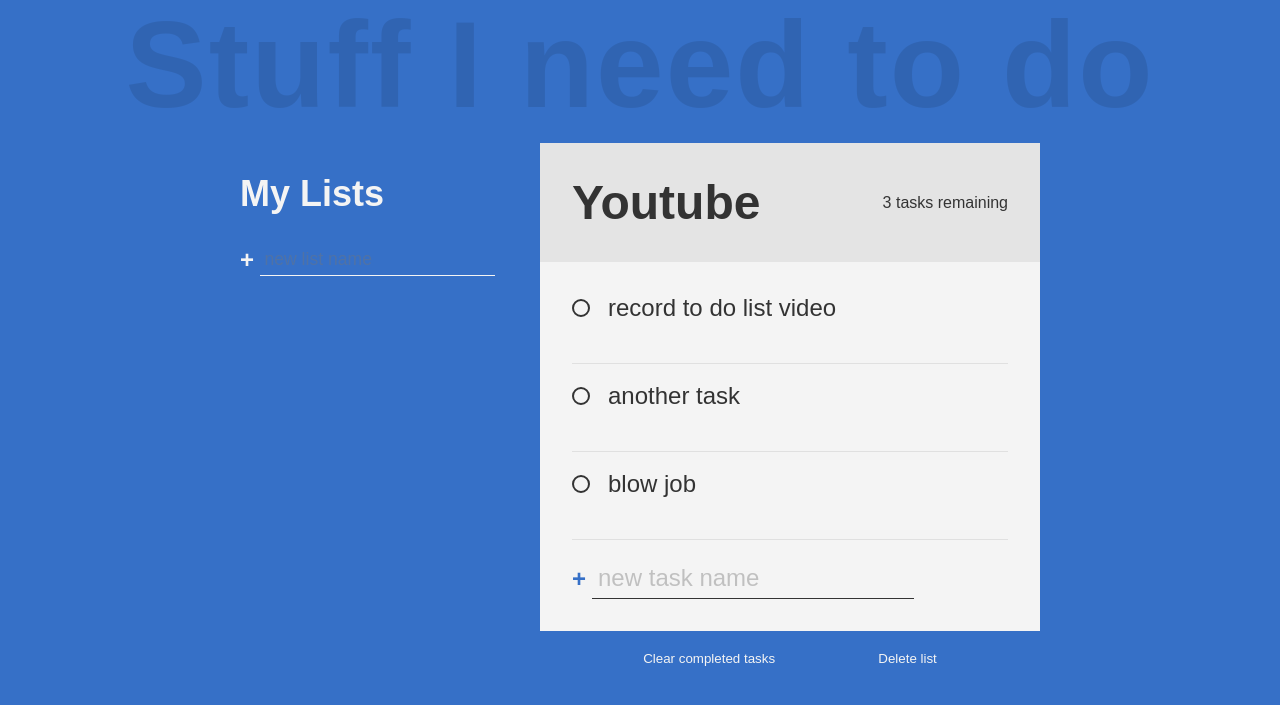
Repository: MohammadMazloum123/To-Do-List-App-
Page: index.html
An editor plug-in stored every save of this project. The page is shown before and after a run of saves, followed by the edit.
The browser window is 1280 px wide. The pictures show the whole page.

Above is the page before, as saved 2024-02-15 18:36:46.
Console error: SyntaxError: Unexpected token '}'

After the next 6 saves:
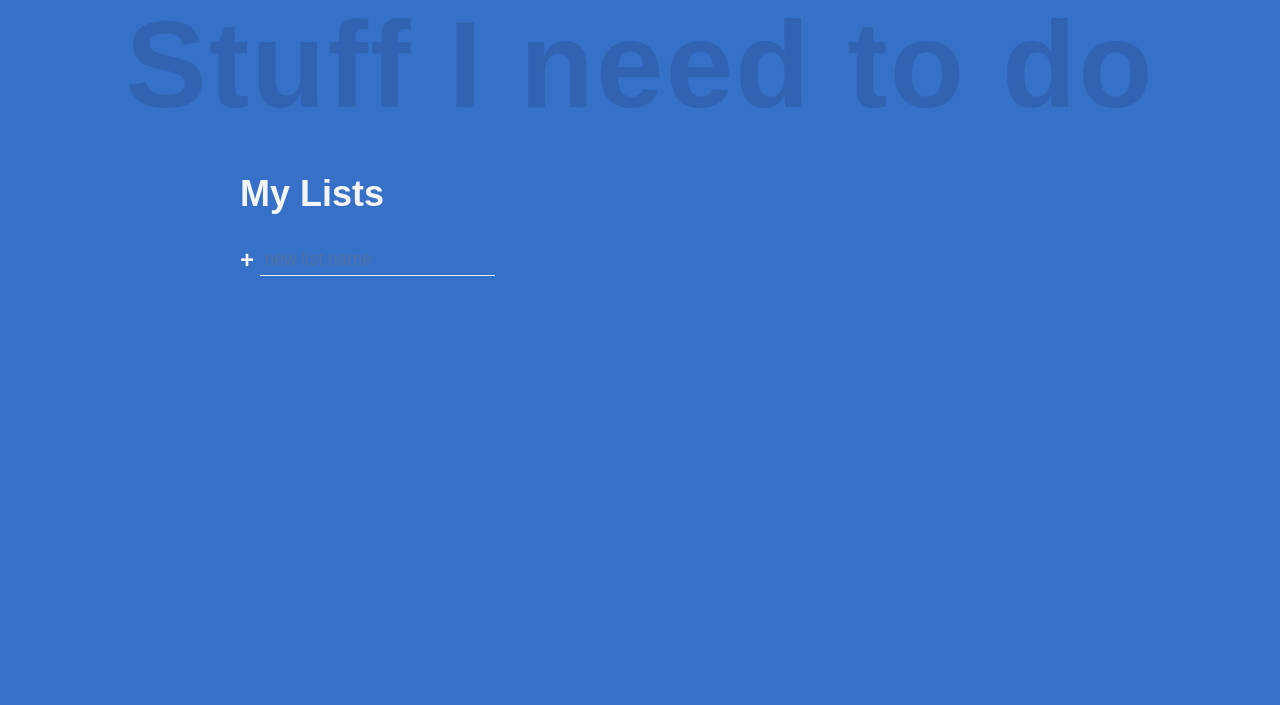
The error is gone.
The 6 saves are shown as one change because they came seconds apart.
The last was saved 13 s later.
--- a/script.js
+++ b/script.js
@@ -72,7 +72,7 @@ function renderTasks(selectedList){
         checkbox.checked = task.complete
         const label = taskElement.querySelector('label')
         label.htmlFor = task.id
-        label.
+        label.append(task.name)
     })
 }
 
